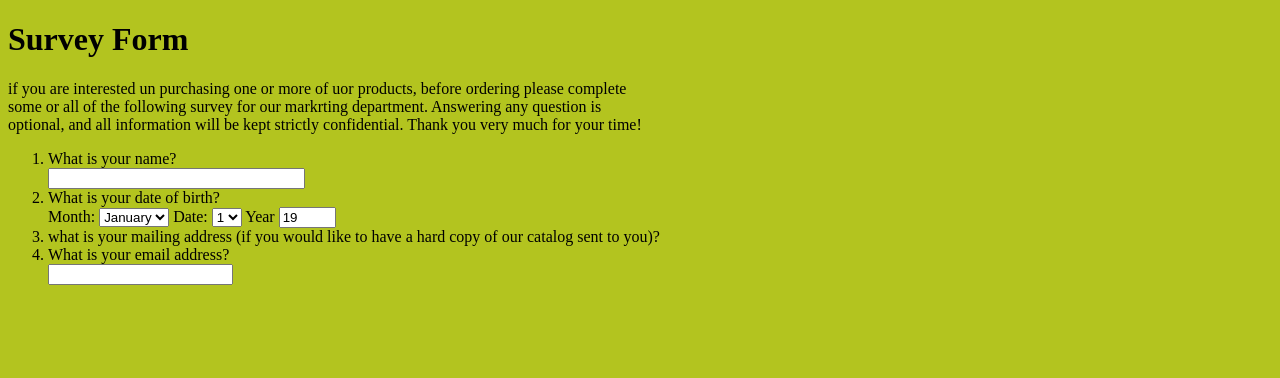
Repository: PhamChiXuan1/HTCNW_tuan3_DHCNTT16C_PhamChiXuan_20030131
Page: bt17.html
These files come from the project's save history. The page is drawn as it stood at one moment and after the next save; the edit follows.
The browser window is 1280 px wide. The pictures show the whole page.

Above is the page before, as saved 2022-02-27 22:22:56.

After the next save:
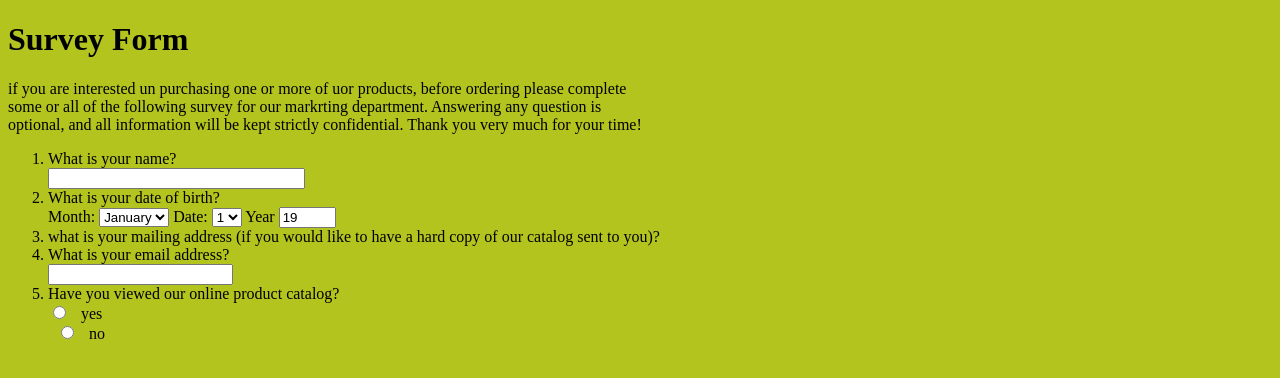
Saved 4 min 26 s later.
--- a/bt17.html
+++ b/bt17.html
@@ -29,6 +29,11 @@
             <form>
                 <input type="text" id="fname" name="fname" value=""><br>
             </form>
+            <li>Have you viewed our online product catalog?</li>
+            <input type="radio" id="yes" name="fav_language" value="yes">
+  <label        for="yes">yes</label><br>
+  <input        type="radio" id="no" name="fav_language" value="no">
+  <label        for="no">no</label><br>
         </form>
     </ol>
 
